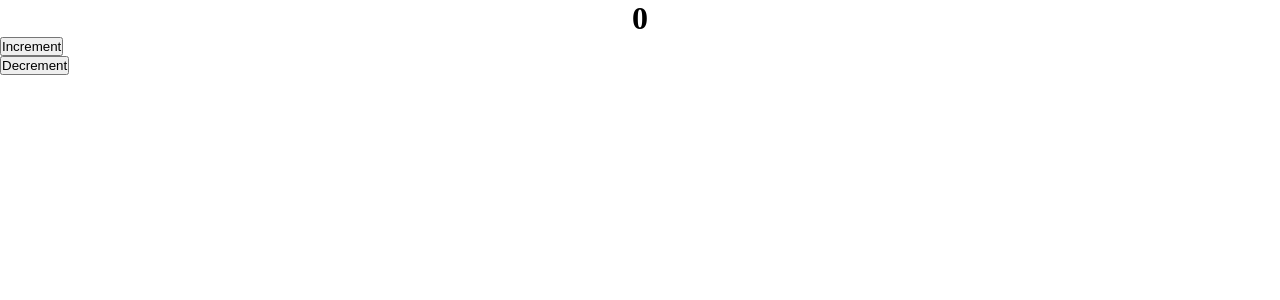
Repository: Ellisvelandia/react_introduction_test
Page: /
The author's editor kept a copy of each file at every save. The page is drawn from the files as they stood at one save, then again after the next save.
The browser window is 1280 px wide. The pictures show the whole page.
The project was rebuilt for these pictures with package versions that can differ from the ones it lists, and the page was loaded fresh each time. Also part of the build but not shown: src/index.css.

Above is the page before, as saved 2022-08-15 19:32:07.

After the next save:
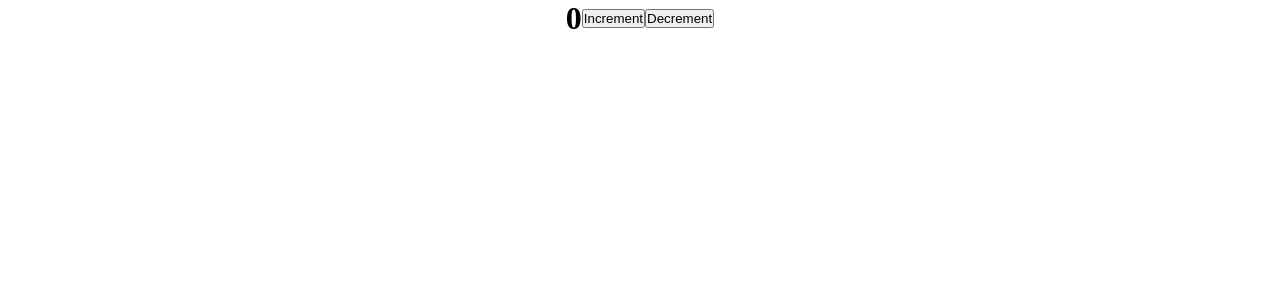
Saved 12 s later.
--- a/src/App.css
+++ b/src/App.css
@@ -4,7 +4,7 @@
   box-sizing: border-box;
 }
 
-.container button {
+.container{
   display: flex;
   justify-content: center;
   align-items: center;
